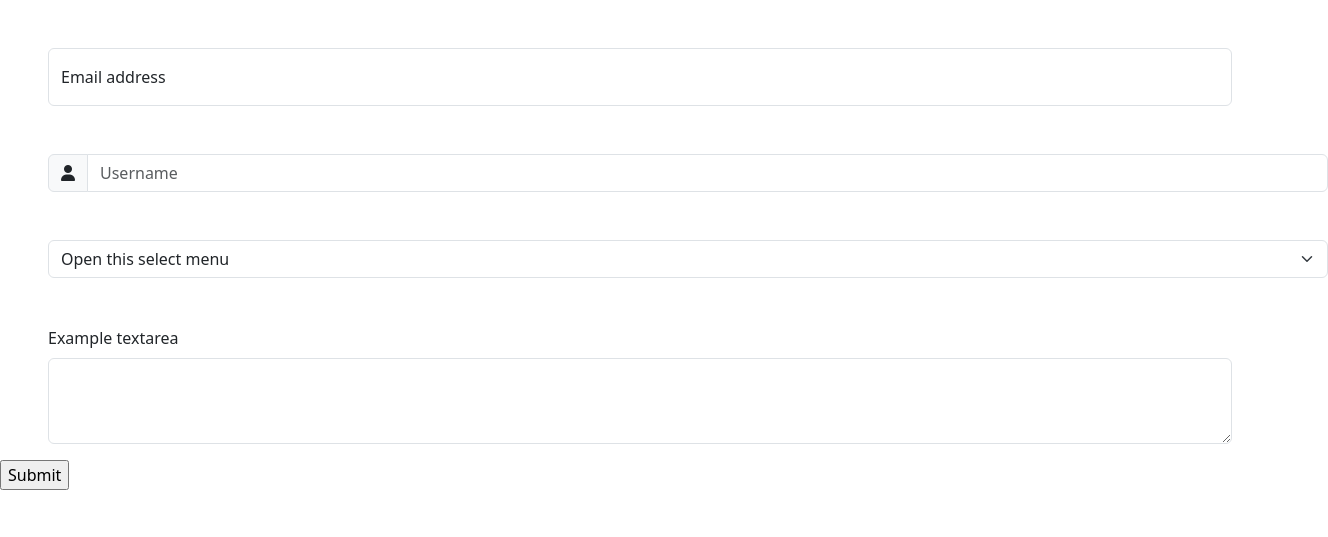
Repository: Riyakashiwala/practical
Page: riya 6th sem/form.html
An editor plug-in stored every save of this project. The page is shown before and after the next save, followed by the edit.
The browser window is 1280 px wide. The page is 1328 px wide, so the pictures cover 1328 px, including what lies to the right of the window. The pictures show the whole page.

Above is the page before, as saved 2024-12-12 06:13:22.

After the next save:
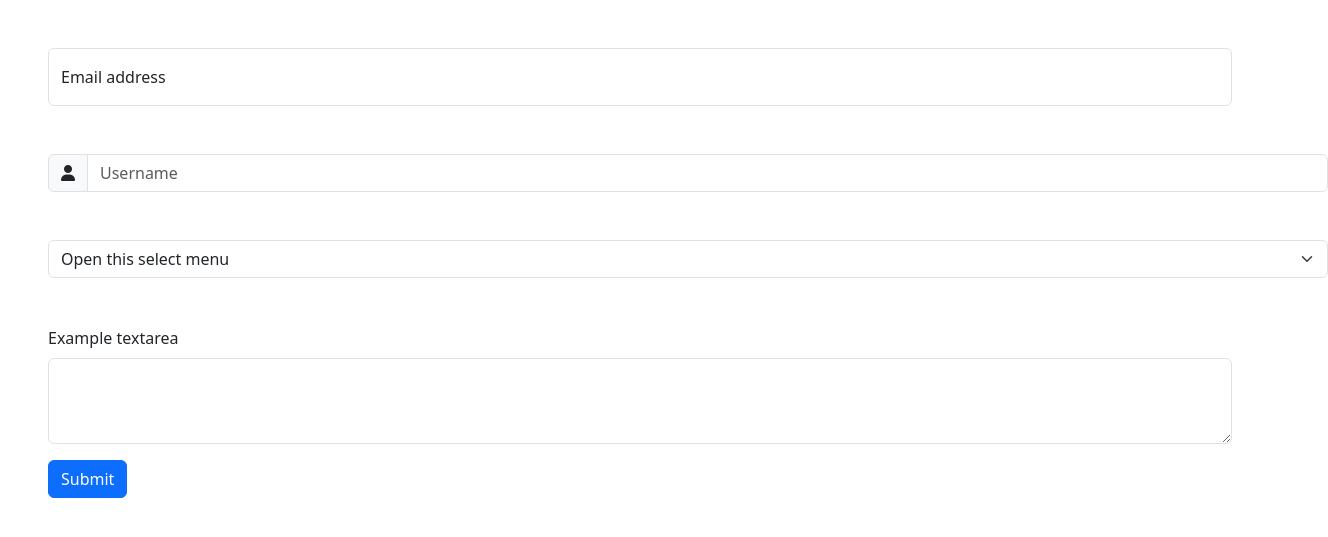
Saved 6 s later.
--- a/riya 6th sem/form.html
+++ b/riya 6th sem/form.html
@@ -31,7 +31,7 @@
         <textarea class="form-control" id="exampleFormControlTextarea1" rows="3"></textarea>
     </div>
 
-    <input class="" "btn btn-primary ms-5" type="submit">
+    <input class="btn btn-primary ms-5" type="submit">
     <script src="https://cdn.jsdelivr.net/npm/bootstrap@5.3.3/dist/js/bootstrap.bundle.min.js" integrity="sha384-YvpcrYf0tY3lHB60NNkmXc5s9fDVZLESaAA55NDzOxhy9GkcIdslK1eN7N6jIeHz" crossorigin="anonymous"></script>
 </body>
 </html>
